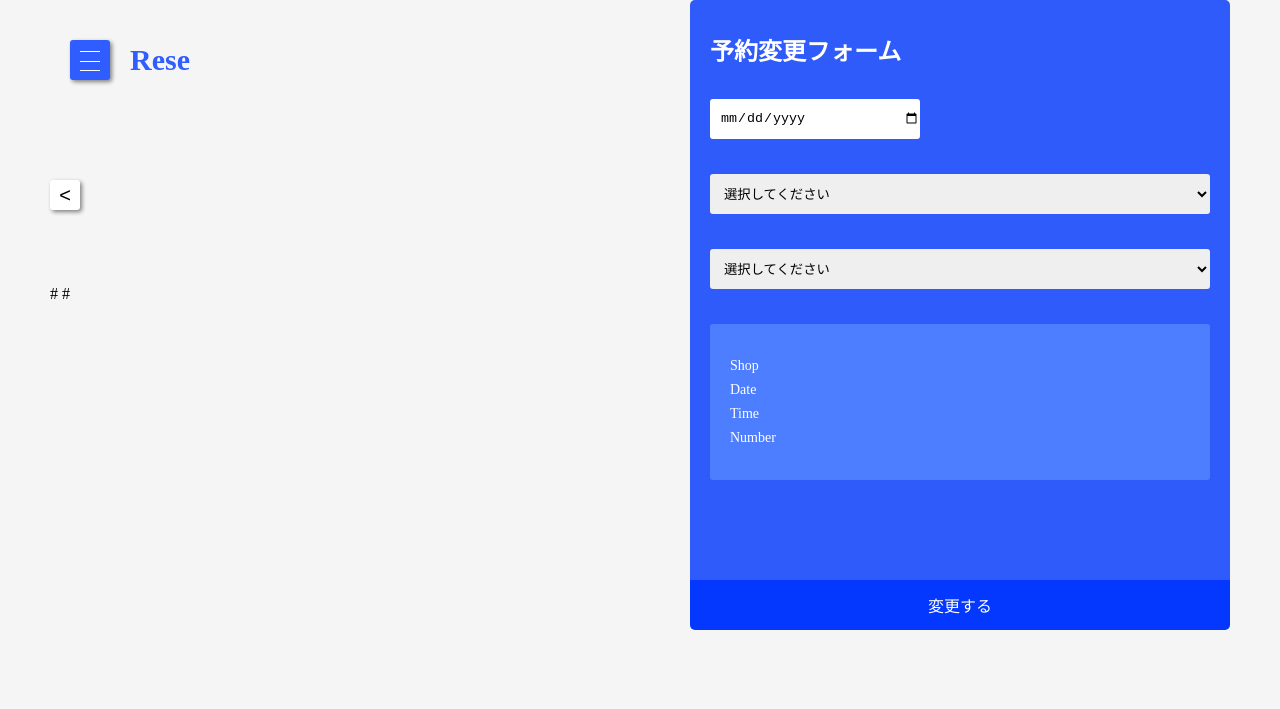
Repository: Haruka-Wada/Rese
Page: src/resources/views/edit.blade.php
The author's editor kept a copy of each file at every save. The page is drawn from the files as they stood at one save, then again after a run of saves.
The browser window is 1280 px wide. The pictures show the whole page.
The page is served by the project's Laravel application, run on PHP 8.4 with Laravel 8. The template is opened directly, without the code that normally fills it, so the values that code supplies are empty.

Above is the page before, as saved 2024-11-19 15:29:56.

After the next 2 saves:
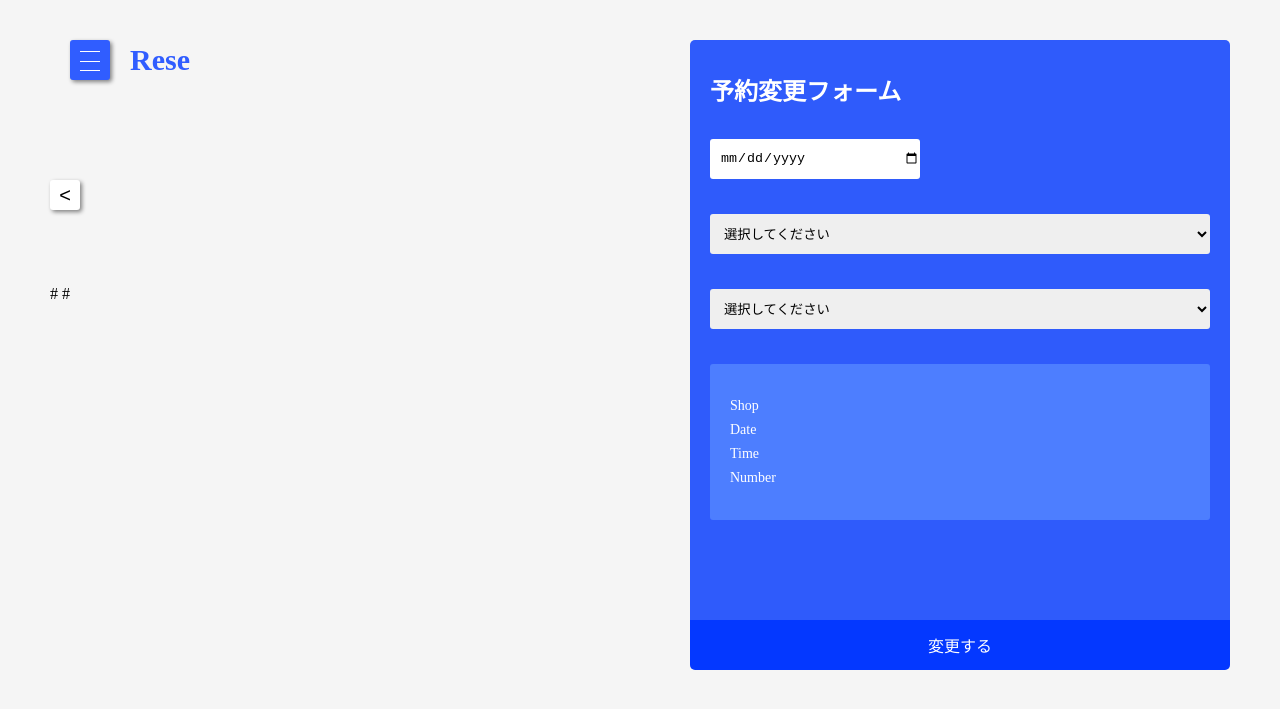
The 2 saves are shown as one change because they came seconds apart.
The last was saved 31 s later.
--- a/src/public/css/edit.css
+++ b/src/public/css/edit.css
@@ -57,10 +57,11 @@
 }
 
 .reservation__container {
-    width: 50%;
-    position: absolute;
-    left: 50%;
-    margin-right: 50px;
+    width: 100%;
+    height: 90%;
+    grid-row: 1/3;
+    grid-column: 2/3;
+    padding: 40px 0;
 }
 
 .reservation__wrap {
